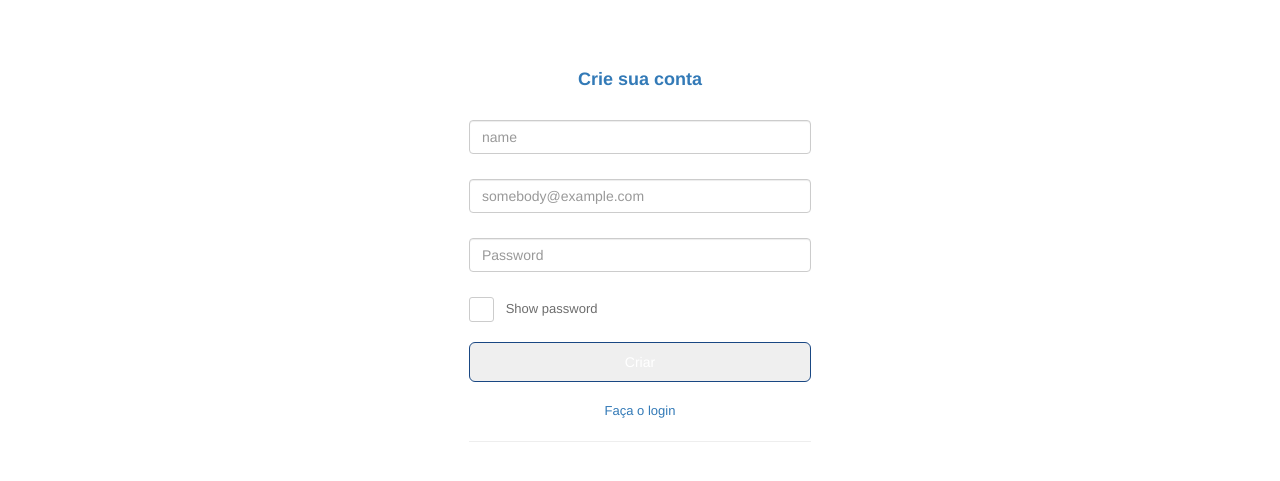
Repository: jaummsilva/DesafioSZ-PHP
Page: http://localhost/App/Views/admin/cadastroUsuarioAdmin.phtml
The author's editor kept a copy of each file at every save. The page is drawn from the files as they stood at one save, then again after the next save.
The browser window is 1280 px wide. The pictures show the whole page.
Some web libraries are served in a nearby version. The page is run by PHP 8.4 with error messages shown; the project is at /var/www/html/.

Above is the page before, as saved 2023-03-23 13:56:08.
Console error (its wording comes from the project's code and is left out).

After the next save:
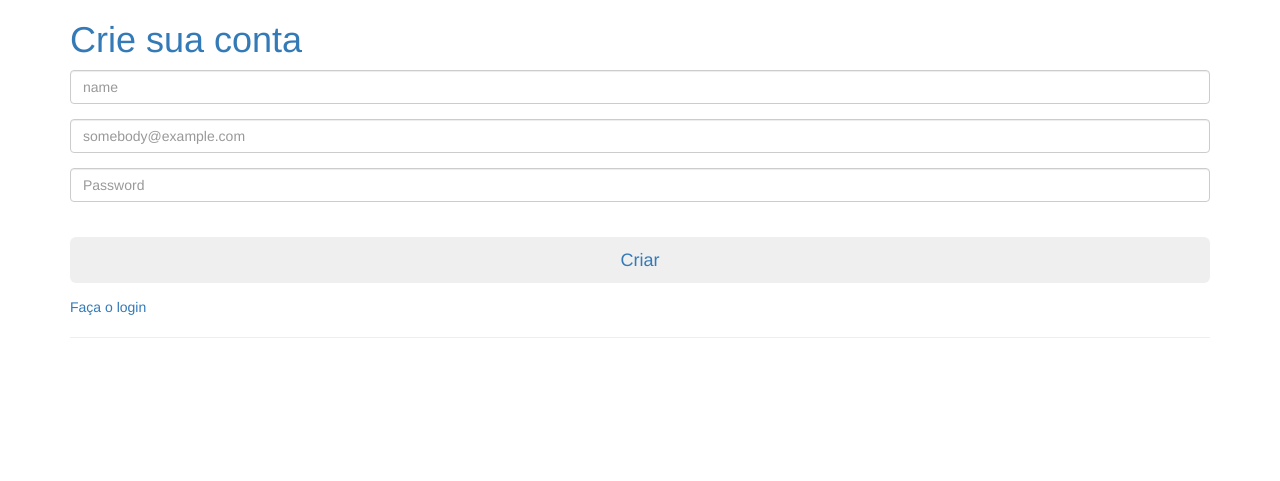
Saved 42 s later.
--- a/App/Views/admin/cadastroUsuarioAdmin.phtml
+++ b/App/Views/admin/cadastroUsuarioAdmin.phtml
@@ -1,8 +1,6 @@
 <link href="//netdna.bootstrapcdn.com/bootstrap/3.2.0/css/bootstrap.min.css" rel="stylesheet" id="bootstrap-css">
 <script src="//netdna.bootstrapcdn.com/bootstrap/3.2.0/js/bootstrap.min.js"></script>
 <script src="//code.jquery.com/jquery-1.11.1.min.js"></script>
-<link rel="stylesheet" href="/css/login.css">
-<script src="/js/login.js"></script>
 <!------ Include the above in your HEAD tag ---------->
 
 <section id="login">

After the save that followed:
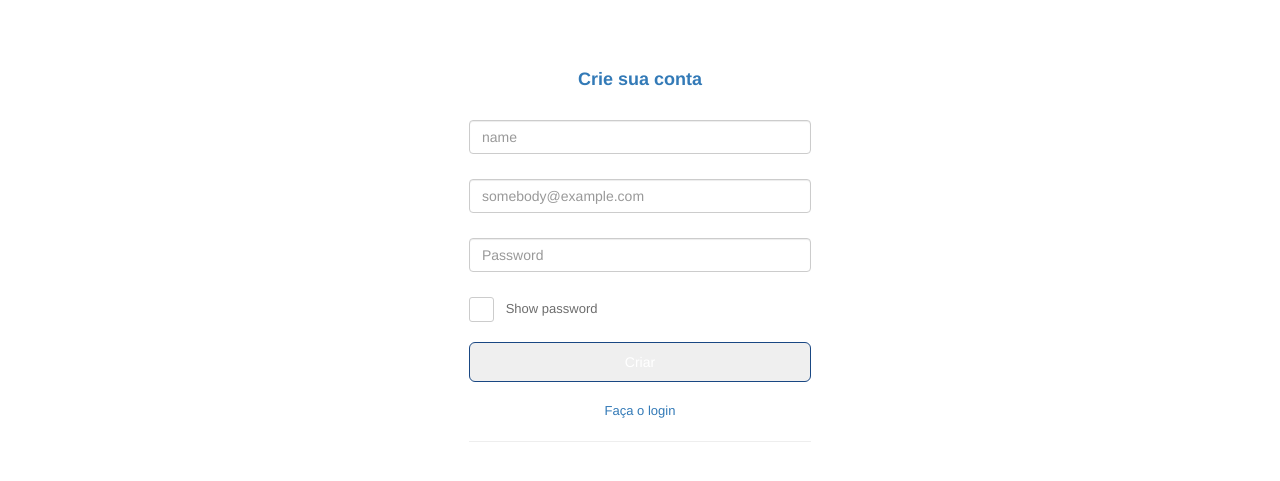
Saved 4 s later.
--- a/App/Views/admin/cadastroUsuarioAdmin.phtml
+++ b/App/Views/admin/cadastroUsuarioAdmin.phtml
@@ -1,6 +1,8 @@
 <link href="//netdna.bootstrapcdn.com/bootstrap/3.2.0/css/bootstrap.min.css" rel="stylesheet" id="bootstrap-css">
 <script src="//netdna.bootstrapcdn.com/bootstrap/3.2.0/js/bootstrap.min.js"></script>
 <script src="//code.jquery.com/jquery-1.11.1.min.js"></script>
+<link rel="stylesheet" href="/css/login.css">
+<script src="/js/login.js"></script>
 <!------ Include the above in your HEAD tag ---------->
 
 <section id="login">
